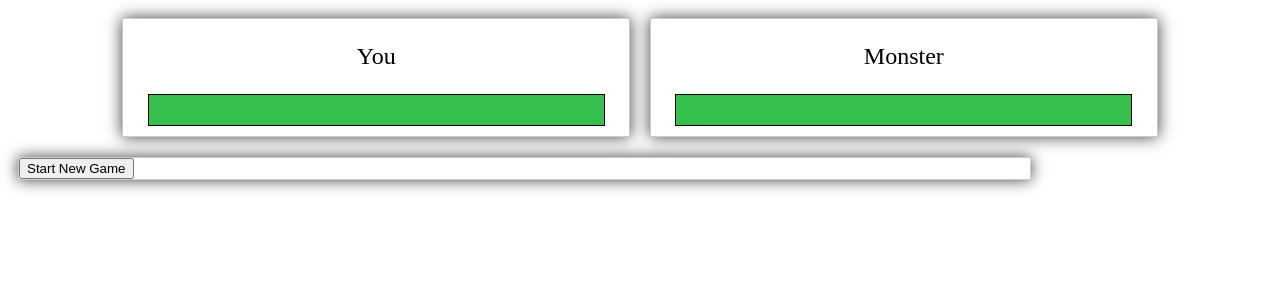
Repository: jakublack/game-fight-vue
Page: /
These files come from the project's save history. The page is drawn as it stood at one moment and after the next save; the edit follows.
The browser window is 1280 px wide. The pictures show the whole page.
The project was rebuilt for these pictures with package versions that can differ from the ones it lists, and the page was loaded fresh each time.

Above is the page before, as saved 2018-08-08 20:49:29.

### public/index.html
<!DOCTYPE html>
<html lang="en">
  <head>
    <meta charset="utf-8">
    <meta http-equiv="X-UA-Compatible" content="IE=edge">
    <meta name="viewport" content="width=device-width,initial-scale=1.0">
    <link rel="icon" href="<%= BASE_URL %>favicon.ico">
    <title>game-app</title>
  </head>
  <body>
    <noscript>
      <strong>We're sorry but game-app doesn't work properly without JavaScript enabled. Please enable it to continue.</strong>
    </noscript>
    <div id="app"></div>
    <!-- built files will be auto injected -->
  </body>
</html>

### src/components/Game.vue
<template>
  <div class="wrapper--app">
    <div class="wrapper--person">
      <div class="person--player">
        <p>You</p>
        <div class="person--health player--health"></div>
      </div>
      <div class="person--player">
        <p>Monster</p>
        <div class="person--health monster--health"></div>
      </div>
    </div>
    <div class="wrapper-action">
      <button>Start New Game</button>
    </div>


  </div>

</template>

<script>
export default {
  name: 'Game',

}
</script>

<!-- Add "scoped" attribute to limit CSS to this component only -->
<style scss scoped>

.wrapper--person {
  text-align: center;
}

.person--player {
  width: 40%;
  display: inline-block;
  margin: 10px;
  text-align: center;
  border: 1px solid #ccc;
  box-shadow: 0px 0px 15px 0px rgba(0,0,0,0.75);
}

.person--player p {
  font-size: 24px;
}

.person--health {
  width: 90%;
  height: 30px;
  margin: 10px auto;
  background-color: #35BF4D;
  border: 1px solid #000;
}
.wrapper-action {
  width: 80%;
  margin: 10px;
  border: 1px solid #ccc;
  box-shadow: 0px 0px 15px 0px rgba(0,0,0,0.75);

}



</style>

Loaded but not shown: src/main.js (common file); src/App.vue (common file)

After the next save:
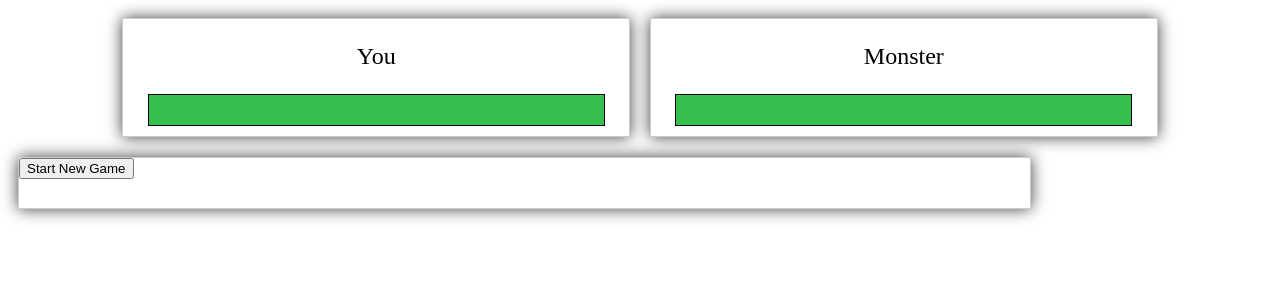
Saved 8 s later.
--- a/src/components/Game.vue
+++ b/src/components/Game.vue
@@ -55,6 +55,7 @@ export default {
 }
 .wrapper-action {
   width: 80%;
+  height: 50px;
   margin: 10px;
   border: 1px solid #ccc;
   box-shadow: 0px 0px 15px 0px rgba(0,0,0,0.75);
